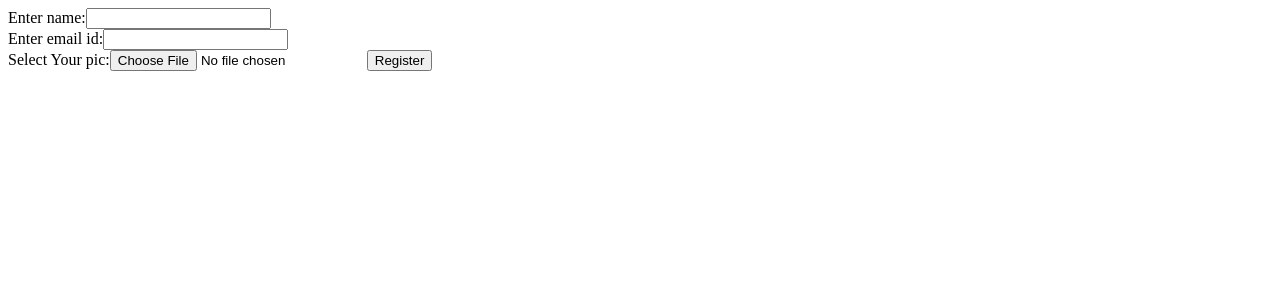
Repository: vish971-rx/Repo796
Page: http://localhost/Spring-Mvc-Web/register.jsp
These files come from the project's save history. The page is drawn as it stood at one moment and after the next save; the edit follows.
The browser window is 1280 px wide. The pictures show the whole page.
The page is served by Tomcat 9.

Above is the page before, as saved 2019-11-16 10:08:19.

After the next save:
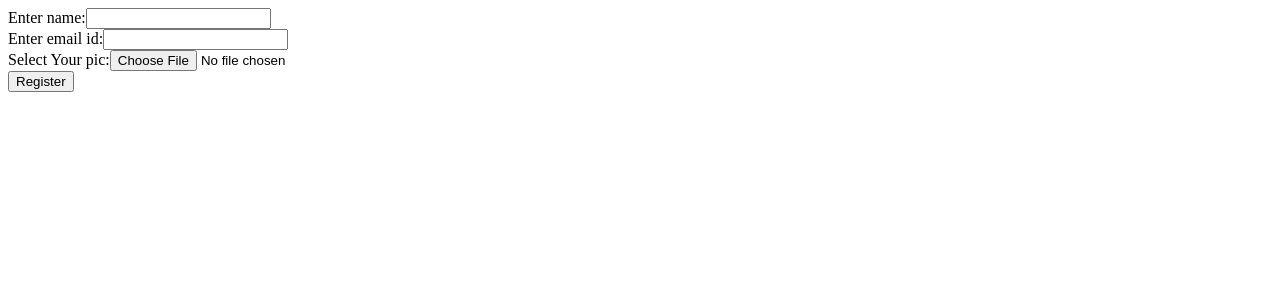
Saved 45 s later.
--- a/Spring-Mvc-Web/src/main/webapp/register.jsp
+++ b/Spring-Mvc-Web/src/main/webapp/register.jsp
@@ -11,7 +11,7 @@
 
 Enter name:<input type="text" name="name"></br>
 Enter email id:<input type="text" name="email"></br>
-Select Your pic:<input type="file" name="profilePic">
+Select Your pic:<input type="file" name="profilePic"></br>
 <button type="submit">Register</button>
 </form>
 </body>
